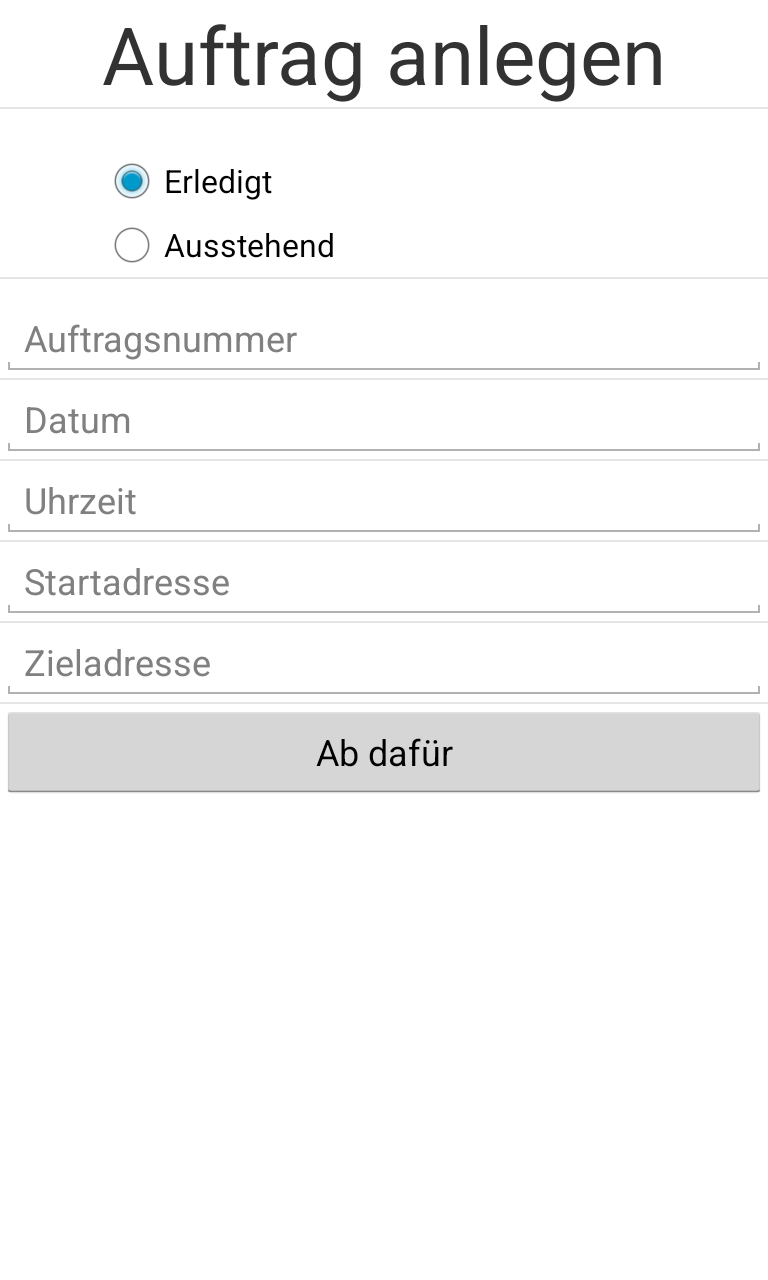
Repository: VroniZinsser/Kurierdienst
Layout: KurierdienstVroni/res/layout/activity_manager.xml
The author's editor kept a copy of each file at every save. The layout is drawn from the files as they stood at one save, then again after the next save.
It is drawn on a 768 x 1280 px phone screen (xhdpi) without system bars, with theme AppTheme; the app's code is not run. The app's manifest (not shown) leaves right-to-left support off. So textAlignment, textDirection and layoutDirection are ignored, and left and right values win over start and end ones.

Above is the layout before, as saved 2014-07-16 09:15:03.

### KurierdienstVroni/res/layout/activity_manager.xml
<?xml version="1.0" encoding="utf-8"?>

<LinearLayout xmlns:android="http://schemas.android.com/apk/res/android"
    android:layout_width="match_parent"
    android:layout_height="match_parent"
    android:divider="?android:attr/listDivider"
    android:orientation="vertical"
    android:showDividers="middle" >

    <TextView
        android:id="@+id/evening_plan"
        android:layout_width="match_parent"
        android:layout_height="wrap_content"
        android:gravity="center_vertical|center_horizontal"
        android:textSize="40sp"
        android:text="@string/anlegen_text" />

    <RadioGroup
        android:id="@+id/choose_pre_drinks"
        android:layout_width="wrap_content"
        android:layout_height="wrap_content"
        android:layout_marginTop="40px" >

        <RadioButton
            android:id="@+id/public_pre_drinks"
            android:layout_width="wrap_content"
            android:layout_height="wrap_content"
            android:layout_marginLeft="50dp"
            android:checked="true"
            android:text="@string/erledigt" />

        <RadioButton
            android:id="@+id/private_pre_drinks"
            android:layout_width="wrap_content"
            android:layout_height="wrap_content"
            android:layout_marginLeft="50dp"
            android:text="@string/ausstehend" />

    </RadioGroup>

    <EditText
        android:id="@+id/auftragsnummer"
        android:layout_width="match_parent"
        android:layout_height="wrap_content"
        android:layout_marginTop="20px"
        android:hint="@string/auftragsnummer"></EditText>

    <EditText
        android:id="@+id/datum"
        android:layout_width="match_parent"
        android:layout_height="wrap_content"
        android:hint="@string/datum"></EditText>

    <EditText
        android:id="@+id/uhrzeit"
        android:layout_width="match_parent"
        android:layout_height="wrap_content"
        android:hint="@string/uhrzeit"></EditText>

    <EditText
        android:id="@+id/start"
        android:layout_width="match_parent"
        android:layout_height="wrap_content"
        android:hint="@string/start"></EditText>

   	<EditText
        android:id="@+id/ziel"
        android:layout_width="match_parent"
        android:layout_height="wrap_content"
        android:hint="@string/ziel"></EditText>



    <LinearLayout
        android:layout_width="match_parent"
        android:layout_height="wrap_content"
        android:orientation="horizontal"
        android:gravity="center_vertical|center_horizontal" >

        <Button
            android:id="@+id/lets_go"
            android:layout_width="match_parent"
            android:layout_height="match_parent"
            android:layout_gravity="center_vertical|center_horizontal"
            android:gravity="center_vertical|center_horizontal"
            android:text="@string/anlegen"
            android:textAlignment="center" />
    </LinearLayout>

</LinearLayout>

### KurierdienstVroni/res/values/strings.xml
<?xml version="1.0" encoding="utf-8"?>
<resources>

    <string name="app_name">Kurierdienst</string>
    <string name="action_settings">Settings</string>
    <string name="anlegen_text">Auftrag anlegen</string>
    <string name="erledigt">Erledigt</string>
    <string name="ausstehend">Ausstehend</string>
    <string name="anlegen">Ab dafür</string>
    <string name="datum">Datum</string>
    <string name="uhrzeit">Uhrzeit</string>
    <string name="auftragsnummer">Auftragsnummer</string>
    <string name="start">Startadresse</string>
    <string name="ziel">Zieladresse</string>

</resources>

Loaded but not shown: KurierdienstVroni/res/values/styles.xml (common file); KurierdienstVroni/res/values-v11/styles.xml (common file); KurierdienstVroni/res/values-v14/styles.xml (common file)

After the next save:
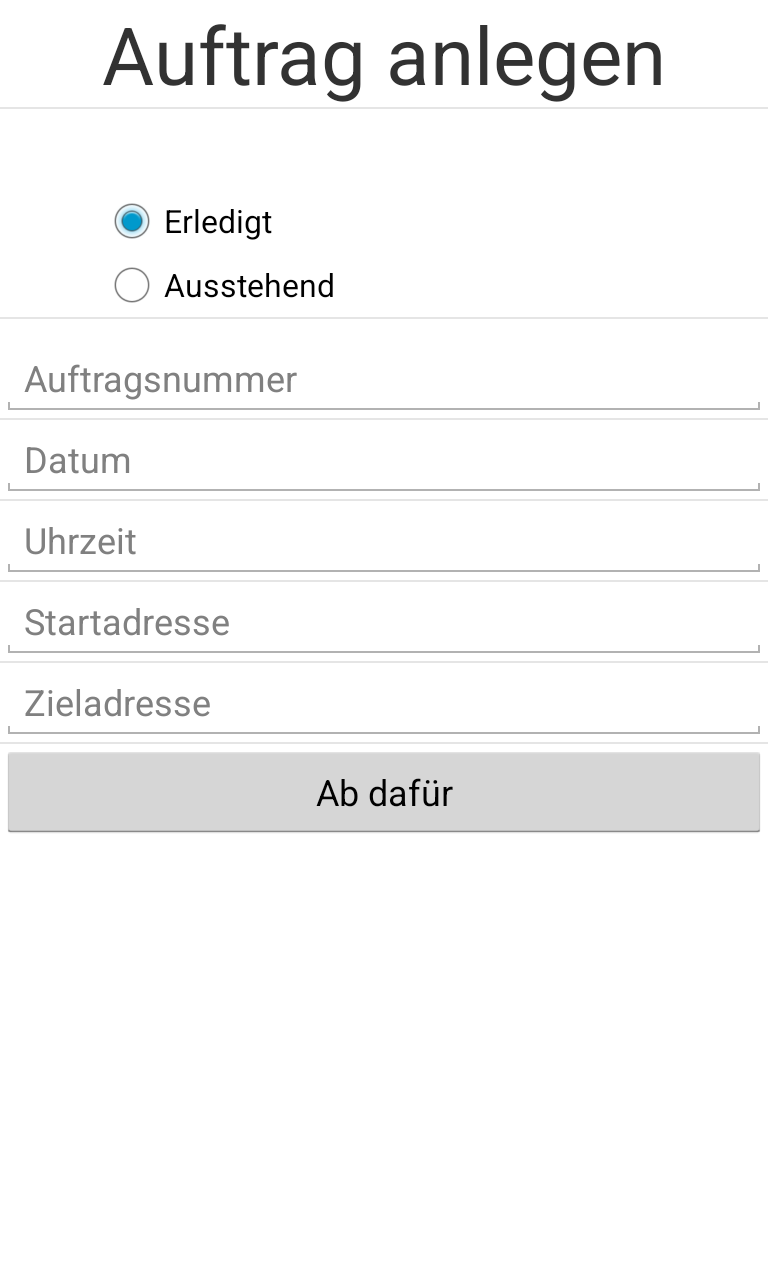
Saved 8 s later.
--- a/KurierdienstVroni/res/layout/activity_manager.xml
+++ b/KurierdienstVroni/res/layout/activity_manager.xml
@@ -19,7 +19,7 @@
         android:id="@+id/choose_pre_drinks"
         android:layout_width="wrap_content"
         android:layout_height="wrap_content"
-        android:layout_marginTop="40px" >
+        android:layout_marginTop="40dp" >
 
         <RadioButton
             android:id="@+id/public_pre_drinks"
